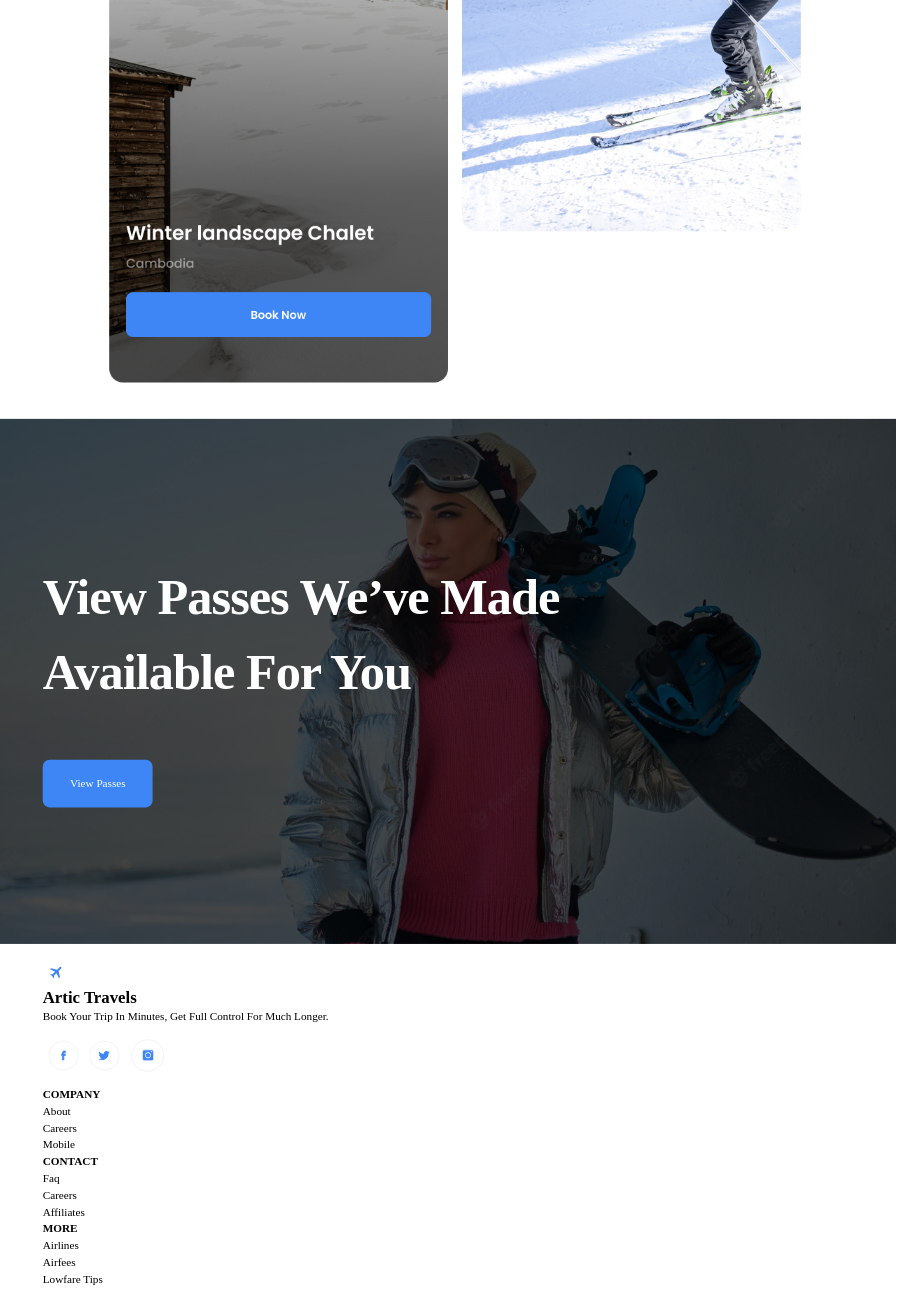
Repository: swissjake/arctic-travel-agency
Page: /
These files come from the project's save history. The page is drawn as it stood at one moment and after a run of saves; the edit follows.
The browser window is 1280 px wide. The page is 1300 px wide, so the pictures cover 1300 px, including what lies to the right of the window. The pictures show the part of the page from y = 3928 to 5808 px (the page is 5788 px tall before and 5808 px after), at 70% of full size.
The project was rebuilt for these pictures with package versions that can differ from the ones it lists, and the page was loaded fresh each time. Also part of the build but not shown: src/App.css.

Above is the page before, as saved 2022-05-04 12:49:24.

After the next 3 saves:
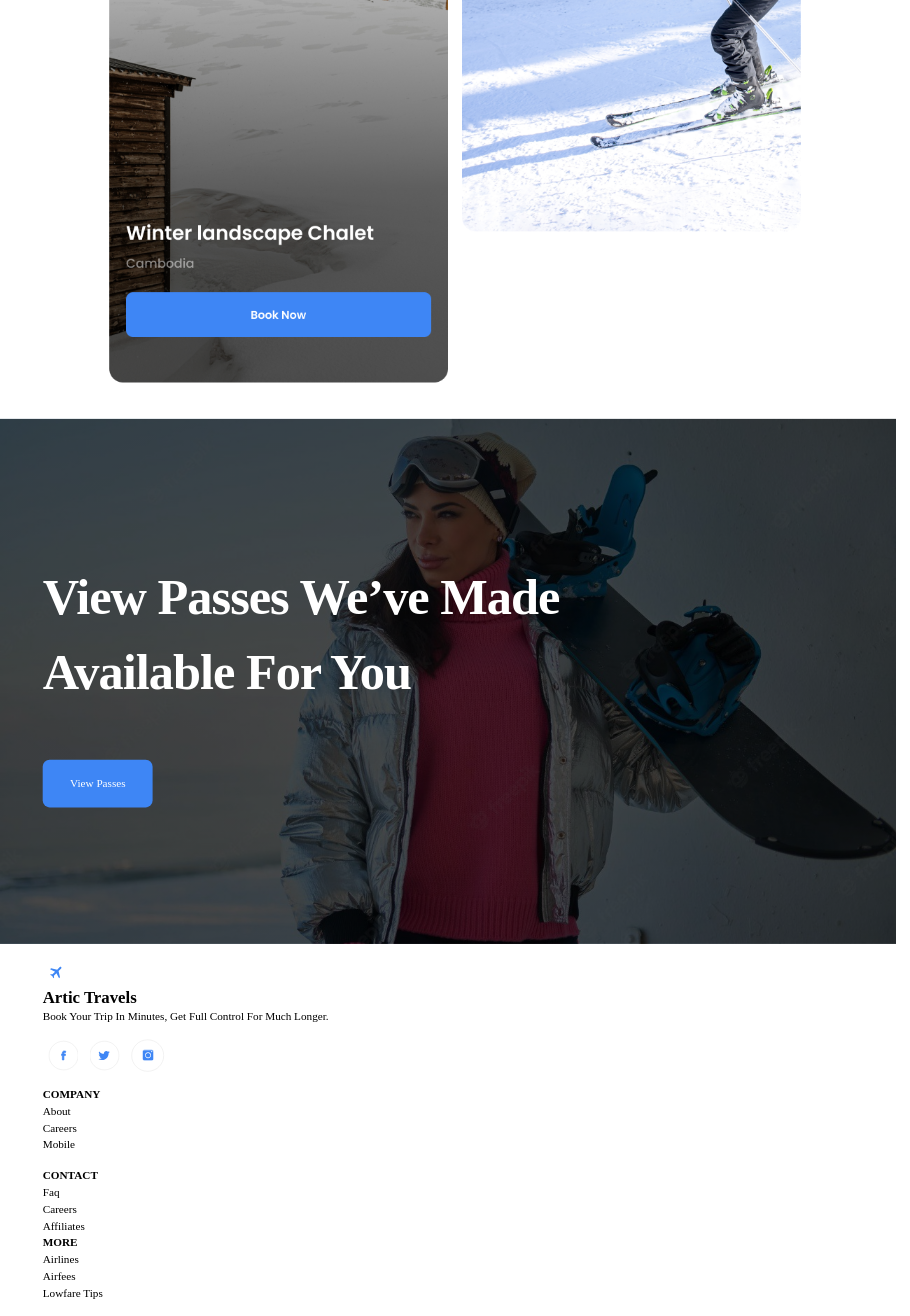
The 3 saves are shown as one change because they came seconds apart.
The last was saved 17 s later.
--- a/src/components/Footer/Footer.tsx
+++ b/src/components/Footer/Footer.tsx
@@ -31,7 +31,7 @@ control for much longer.</p>
 </div>
 </div>
 
-<div>
+<div className='mb-5'>
   <h2 className="font-bold uppercase">company</h2>
   <ul>
     {company.map((item,index)=>(
